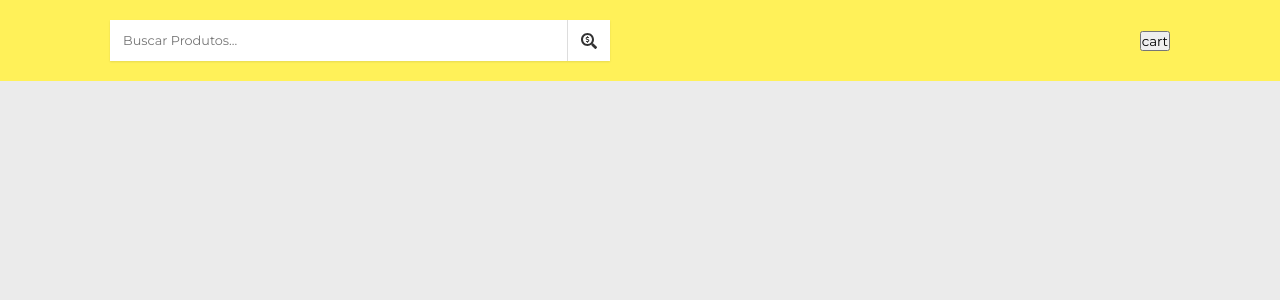
Repository: Gab23Oli/Projeto-de-Conclus-o---Shopping-Cart
Page: /
These files come from the project's save history. The page is drawn as it stood at one moment and after the next save; the edit follows.
The browser window is 1280 px wide. The pictures show the whole page.
The project was rebuilt for these pictures with package versions that can differ from the ones it lists, and the page was loaded fresh each time.

Above is the page before, as saved 2024-01-25 13:33:58.

After the next save:
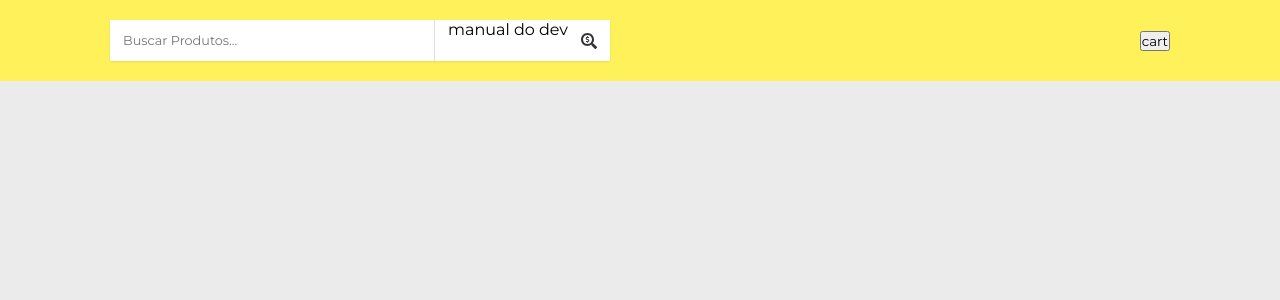
Saved 44 s later.
--- a/src/components/Header/SearchBar/SearchBar.jsx
+++ b/src/components/Header/SearchBar/SearchBar.jsx
@@ -5,7 +5,7 @@
 
 function SearchBar() {
 
-  const [searchValue, setSearchValue] = useState("");
+  const [searchValue, setSearchValue] = useState("manual do dev");
 
   return (
     <form className="search-bar">

After the 2 saves that followed:
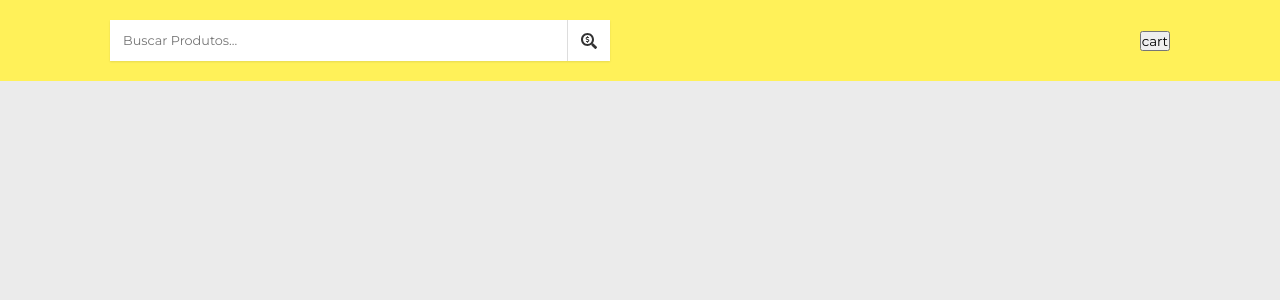
The 2 saves are shown as one change because 1 left the picture as it was.
The last was saved 60 s later.
--- a/src/components/Header/SearchBar/SearchBar.jsx
+++ b/src/components/Header/SearchBar/SearchBar.jsx
@@ -1,11 +1,11 @@
-import React, {useState} from "react";
+import React, { useState } from "react";
 import { FaSearchDollar } from "react-icons/fa";
 
 import "./SearchBar.css";
 
 function SearchBar() {
 
-  const [searchValue, setSearchValue] = useState("manual do dev");
+  const [searchValue, setSearchValue] = useState("");
 
   return (
     <form className="search-bar">
